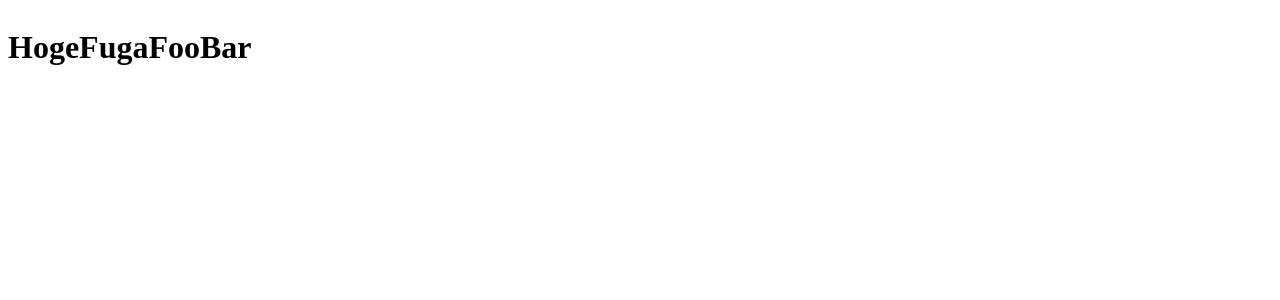
Repository: Kazumi-pro/samurai-HTML-CSS
Page: hoge/13/14/flex-wrap.html
The author's editor kept a record of every edit. The page is drawn from the files as they stood at one moment, then again after the next edit.
The browser window is 1280 px wide. The pictures show the whole page.

Above is the page before.

### hoge/13/14/flex-wrap.html
<html lang="ja">
    <head>
        <style>
            #no-wrap {
                display: flex;
                flex-wrap: nowrap;
            }

            #wrap {
                display: flex;
                flex-wrap:wrap-reverse;
            }

        </style>
    </head>
    <body>
        <div id="no-wrap">
            <h1>Hoge</h1>
            <h1>Fuga</h1>
            <h1>Foo</h1>
            <h1>Bar</h1>

        <div id="wrap">
            <h1></h1>
            <h1></h1>
            <h1></h1>
            <h1></h1>
        </div>
        </div>
    </body>
</html>

After the next edit:
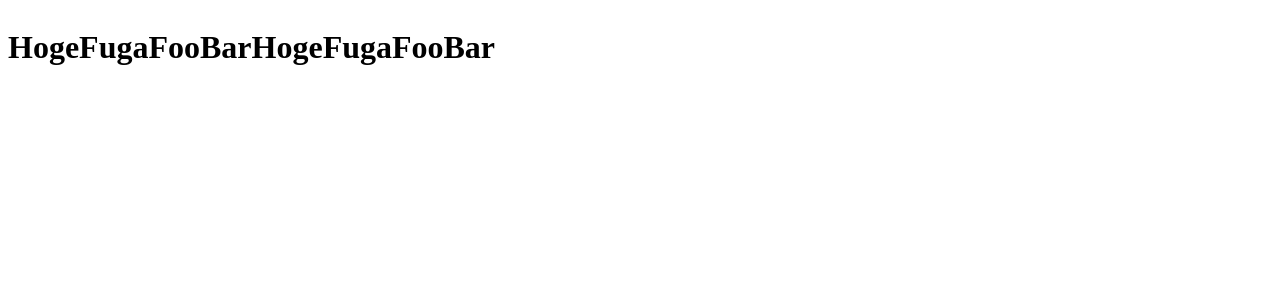
The edit:
--- a/hoge/13/14/flex-wrap.html
+++ b/hoge/13/14/flex-wrap.html
@@ -21,6 +21,13 @@
             <h1>Bar</h1>
 
         <div id="wrap">
+            <h1>Hoge</h1>
+            <h1>Fuga</h1>
+            <h1>Foo</h1>
+            <h1>Bar</h1>
+        </div>
+
+        <div id="no-wrap">
             <h1></h1>
             <h1></h1>
             <h1></h1>
